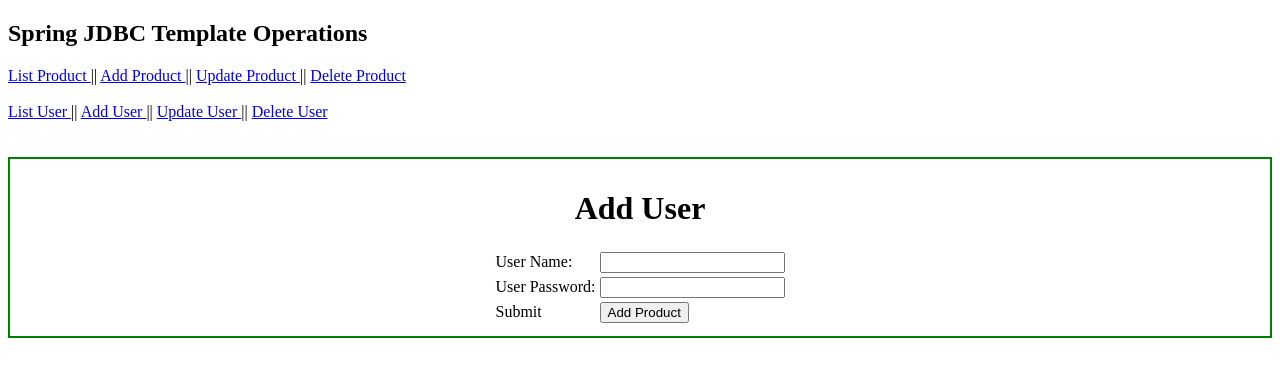
Repository: AnushkaSharma9/Make-an-E-commerce-Website-For-SportyShoes-sportyshoes
Page: http://localhost/phase3-Project-SportyShoes-Webappplication/WEB-INF/view/add-user.jsp
These files come from the project's save history. The page is drawn as it stood at one moment and after the next save; the edit follows.
The browser window is 1280 px wide. The pictures show the whole page.
The page is served by Tomcat 9. Nobody is signed in. Other server files are loaded and not shown. The template is opened directly, without the code that normally fills it, so the values that code supplies are empty.

Above is the page before, as saved 2021-10-25 09:42:22.

### phase3-Project-SportyShoes-Webappplication/src/main/webapp/WEB-INF/view/add-user.jsp
<%@ page language="java" contentType="text/html; charset=UTF-8"
	pageEncoding="UTF-8"%>
<%@ taglib uri="http://www.springframework.org/tags/form" prefix="form"%>
<%@ taglib uri="http://java.sun.com/jsp/jstl/core" prefix="core"%>

<!DOCTYPE html>
<html>
<head>
<meta charset="UTF-8">
<title>Add User</title>
</head>
<body>

	<jsp:include page="index.jsp"></jsp:include>

	<div align="center" style="border: 2px solid green;padding :10px;" >
		<h1>Add User</h1>
		<form:form action="add-user" method="post" modelAttribute="eProduct" >
			<table border="0">
				<tr>
					<td>User Name:</td>
					<td><form:input path="name" /></td>
				</tr>

				<tr>
					<td>User Password:</td>
					<td><form:input path="price" /></td>
				</tr>


				<tr>
					<td>Submit</td>
					<td><input type="submit" value="Add Product" /></td>
				</tr>
			</table>
		</form:form>
	</div>
</body>
</html>

### phase3-Project-SportyShoes-Webappplication/src/main/webapp/WEB-INF/view/index.jsp
<html>
<body>
	<h2>Spring JDBC Template Operations</h2>
	<a href="list-products"> List Product </a> ||
	<a href="add-product"> Add Product </a>  ||
	<a href="update-product"> Update Product </a>||
   	<a href="delete-product"> Delete Product </a>

   	<br><br>
   	<a href="list-users"> List User </a> ||
	<a href="add-user"> Add User </a>  ||
	<a href="update-user"> Update User </a>||
   	<a href="delete-user"> Delete User </a>


	<br><br><br>
</body>
</html>

After the next save:
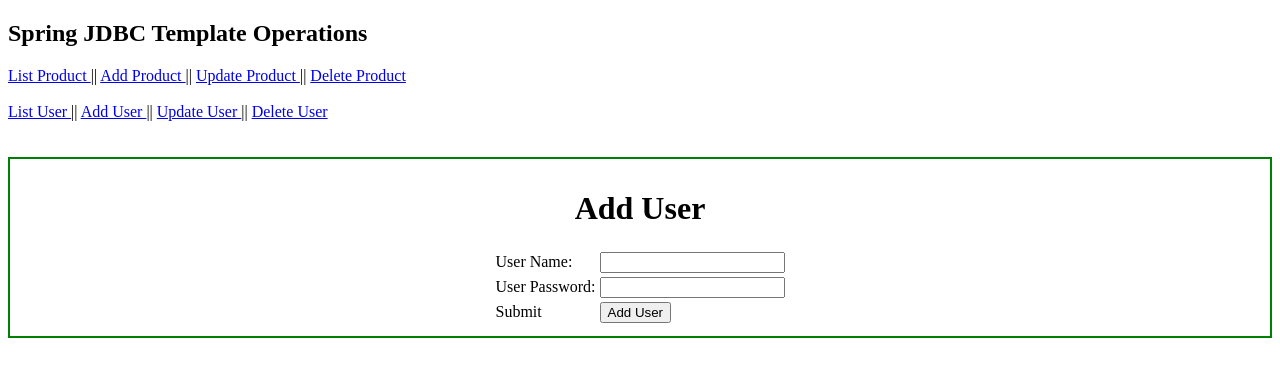
Saved 36 s later.
--- a/phase3-Project-SportyShoes-Webappplication/src/main/webapp/WEB-INF/view/add-user.jsp
+++ b/phase3-Project-SportyShoes-Webappplication/src/main/webapp/WEB-INF/view/add-user.jsp
@@ -19,18 +19,18 @@
 			<table border="0">
 				<tr>
 					<td>User Name:</td>
-					<td><form:input path="name" /></td>
+					<td><form:input path="username" /></td>
 				</tr>
 
 				<tr>
 					<td>User Password:</td>
-					<td><form:input path="price" /></td>
+					<td><form:input path="password" /></td>
 				</tr>
 
 
 				<tr>
 					<td>Submit</td>
-					<td><input type="submit" value="Add Product" /></td>
+					<td><input type="submit" value="Add User" /></td>
 				</tr>
 			</table>
 		</form:form>
